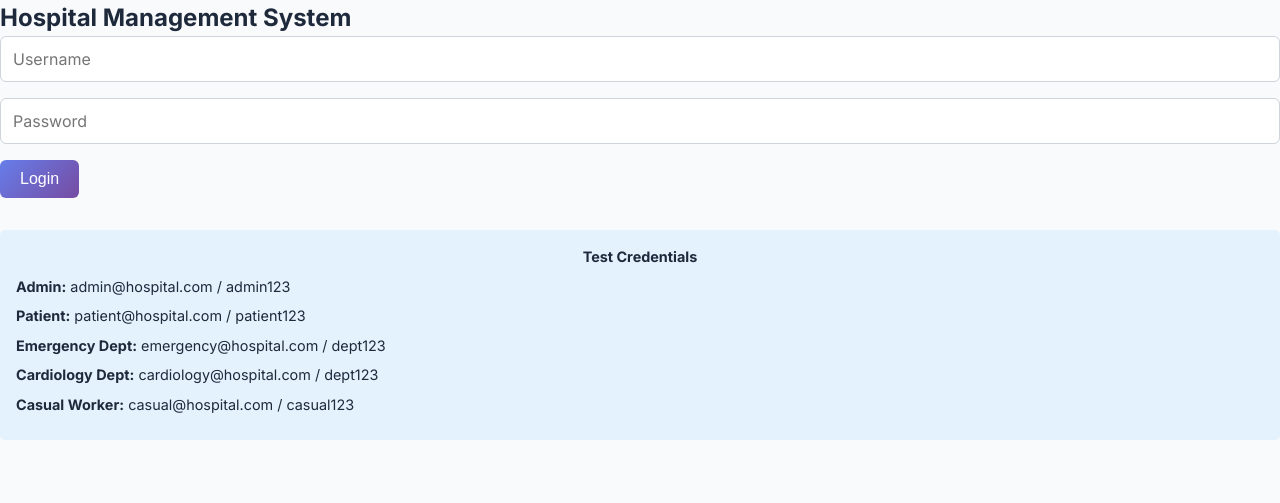
Repository: Ndegwa2/Kenyatta
Page: / (app in hospital-system/frontend/)
An editor plug-in stored every save of this project. The page is shown before and after the next save, followed by the edit.
The browser window is 1280 px wide. The pictures show the whole page.
The project was rebuilt for these pictures with package versions that can differ from the ones it lists, and the page was loaded fresh each time. Also part of the build but not shown: hospital-system/frontend/src/components/Navbar.jsx, hospital-system/frontend/src/components/Sidebar.jsx, hospital-system/frontend/src/services/api.js, hospital-system/frontend/src/components/PatientProfile.jsx, hospital-system/frontend/src/components/AppointmentScheduler.jsx, hospital-system/frontend/src/components/AppointmentList.jsx, hospital-system/frontend/src/pages/PatientDashboard.css, hospital-system/frontend/src/pages/PatientDashboard.jsx and 7 more.

Above is the page before, as saved 2025-10-21 20:41:20.

### hospital-system/frontend/public/index.html
<!DOCTYPE html>
<html lang="en">
<head>
    <meta charset="UTF-8">
    <meta name="viewport" content="width=device-width, initial-scale=1.0">
    <title>Hospital Management System</title>
</head>
<body>
    <div id="root"></div>
</body>
</html>

### hospital-system/frontend/src/App.jsx
import React from 'react';
import { BrowserRouter as Router, Routes, Route } from 'react-router-dom';
import './App.css';
import Login from './pages/Login';
import PatientDashboard from './pages/PatientDashboard';
import DepartmentDashboard from './pages/DepartmentDashboard';
import AdminDashboard from './pages/AdminDashboard';
import CasualDashboard from './pages/CasualDashboard';

function App() {
  return (
    <Router future={{
      v7_startTransition: true,
      v7_relativeSplatPath: true
    }}>
      <div className="App">
        <Routes>
          <Route path="/" element={<Login />} />
          <Route path="/patient" element={<PatientDashboard />} />
          <Route path="/department" element={<DepartmentDashboard />} />
          <Route path="/admin" element={<AdminDashboard />} />
          <Route path="/casual" element={<CasualDashboard />} />
          <Route path="*" element={<Login />} />
        </Routes>
      </div>
    </Router>
  );
}

export default App;

### hospital-system/frontend/src/pages/Login.jsx
import React, { useState } from 'react';
import { useNavigate } from 'react-router-dom';
import { auth } from '../services/auth';

const Login = () => {
  const [username, setUsername] = useState('');
  const [password, setPassword] = useState('');
  const [loading, setLoading] = useState(false);
  const [error, setError] = useState('');
  const navigate = useNavigate();

  const handleLogin = async (e) => {
    e.preventDefault();

    // Basic validation
    if (!username || !password) {
      setError('Please enter both username and password');
      return;
    }

    setLoading(true);
    setError('');

    try {
      const data = await auth.login(username, password);
      // Redirect based on role
      if (data.role && ['patient', 'department', 'admin', 'casual'].includes(data.role)) {
        navigate(`/${data.role}`);
      } else {
        // Default to admin dashboard if role is not recognized
        navigate('/admin');
      }
    } catch (error) {
      setError(error.message || 'Login failed. Please check your credentials.');
    } finally {
      setLoading(false);
    }
  };

  // Sample credentials for testing
  const sampleCredentials = [
    { role: 'Admin', username: 'admin@hospital.com', password: 'admin123' },
    { role: 'Patient', username: 'patient@hospital.com', password: 'patient123' },
    { role: 'Emergency Dept', username: 'emergency@hospital.com', password: 'dept123' },
    { role: 'Cardiology Dept', username: 'cardiology@hospital.com', password: 'dept123' },
    { role: 'Casual Worker', username: 'casual@hospital.com', password: 'casual123' }
  ];

  return (
    <div className="login">
      <h2>Hospital Management System</h2>
      <form onSubmit={handleLogin}>
        <div className="form-group">
          <input
            type="text"
            placeholder="Username"
            value={username}
            onChange={(e) => setUsername(e.target.value)}
            className="form-control"
            disabled={loading}
          />
        </div>
        <div className="form-group">
          <input
            type="password"
            placeholder="Password"
            value={password}
            onChange={(e) => setPassword(e.target.value)}
            className="form-control"
            disabled={loading}
          />
        </div>
        {error && (
          <div style={{ color: '#e74c3c', marginBottom: '1rem', textAlign: 'center' }}>
            {error}
          </div>
        )}
        <button type="submit" className="btn btn-primary" disabled={loading}>
          {loading ? 'Logging in...' : 'Login'}
        </button>
      </form>

      {/* Sample credentials for testing */}
      <div style={{
        marginTop: '2rem',
        padding: '1rem',
        backgroundColor: '#e3f2fd',
        borderRadius: '5px',
        fontSize: '0.9rem'
      }}>
        <h4 style={{ textAlign: 'center', marginBottom: '0.5rem' }}>Test Credentials</h4>
        {sampleCredentials.map((cred, index) => (
          <div key={index} style={{ marginBottom: '0.5rem' }}>
            <strong>{cred.role}:</strong> {cred.username} / {cred.password}
          </div>
        ))}
      </div>
    </div>
  );
};

export default Login;

### hospital-system/frontend/src/components/PatientProfile.css
/* Patient Profile Styles */
.patient-profile {
  max-width: 1200px;
  margin: 0 auto;
  padding: 20px;
}

.profile-header {
  display: flex;
  justify-content: space-between;
  align-items: center;
  margin-bottom: 30px;
  padding-bottom: 20px;
  border-bottom: 2px solid #e9ecef;
}

.profile-header h2 {
  margin: 0;
  color: #333;
  font-size: 2rem;
}

.edit-buttons {
  display: flex;
  gap: 10px;
}

/* Profile Sections */
.profile-section {
  background: white;
  padding: 25px;
  border-radius: 10px;
  box-shadow: 0 2px 8px rgba(0, 0, 0, 0.1);
  margin-bottom: 25px;
}

.profile-section h3 {
  margin-top: 0;
  margin-bottom: 20px;
  color: #495057;
  font-size: 1.3rem;
  padding-bottom: 10px;
  border-bottom: 2px solid #f0f0f0;
}

/* Form Grid */
.form-grid {
  display: grid;
  grid-template-columns: repeat(auto-fit, minmax(300px, 1fr));
  gap: 20px;
}

.form-group {
  display: flex;
  flex-direction: column;
}

.form-group.full-width {
  grid-column: 1 / -1;
}

.form-group label {
  font-weight: 600;
  margin-bottom: 8px;
  color: #495057;
  font-size: 0.95rem;
}

.form-group input,
.form-group select,
.form-group textarea {
  padding: 12px;
  border: 1px solid #ced4da;
  border-radius: 6px;
  font-size: 1rem;
  font-family: inherit;
  transition: border-color 0.2s, box-shadow 0.2s;
}

.form-group input:focus,
.form-group select:focus,
.form-group textarea:focus {
  outline: none;
  border-color: #667eea;
  box-shadow: 0 0 0 3px rgba(102, 126, 234, 0.1);
}

.form-group textarea {
  resize: vertical;
  min-height: 80px;
}

.form-value {
  padding: 12px;
  background-color: #f8f9fa;
  border-radius: 6px;
  color: #495057;
  min-height: 44px;
  display: flex;
  align-items: center;
}

.form-value.blood-type {
  font-weight: 600;
  color: #dc3545;
  background-color: #ffe6e6;
}

/* Buttons */
.btn {
  padding: 10px 20px;
  border: none;
  border-radius: 6px;
  cursor: pointer;
  font-size: 1rem;
  font-weight: 500;
  transition: all 0.2s;
  display: inline-flex;
  align-items: center;
  gap: 8px;
}

.btn-primary {
  background: linear-gradient(135deg, #667eea 0%, #764ba2 100%);
  color: white;
}

.btn-primary:hover {
  transform: translateY(-2px);
  box-shadow: 0 4px 12px rgba(102, 126, 234, 0.4);
}

.btn-success {
  background-color: #28a745;
  color: white;
}

.btn-success:hover {
  background-color: #218838;
  transform: translateY(-2px);
  box-shadow: 0 4px 12px rgba(40, 167, 69, 0.4);
}

.btn-secondary {
  background-color: #6c757d;
  color: white;
}

.btn-secondary:hover {
  background-color: #5a6268;
}

/* Loading and Error States */
.loading,
.error {
  text-align: center;
  padding: 60px 20px;
  font-size: 1.2rem;
  color: #6c757d;
}

.error {
  color: #dc3545;
}

/* Responsive Design */
@media (max-width: 768px) {
  .patient-profile {
    padding: 15px;
  }

  .profile-header {
    flex-direction: column;
    align-items: flex-start;
    gap: 15px;
  }

  .profile-header h2 {
    font-size: 1.5rem;
  }

  .edit-buttons {
    width: 100%;
  }

  .edit-buttons button {
    flex: 1;
  }

  .form-grid {
    grid-template-columns: 1fr;
  }

  .profile-section {
    padding: 20px;
  }

  .profile-section h3 {
    font-size: 1.1rem;
  }
}

/* Print Styles */
@media print {
  .profile-header button,
  .edit-buttons {
    display: none;
  }

  .profile-section {
    box-shadow: none;
    border: 1px solid #dee2e6;
    page-break-inside: avoid;
  }
}

### hospital-system/frontend/src/components/AppointmentScheduler.css
/* Appointment Scheduler Styles */
.appointment-scheduler {
  background: white;
  padding: 25px;
  border-radius: 10px;
  box-shadow: 0 2px 8px rgba(0, 0, 0, 0.1);
  margin-bottom: 20px;
}

.appointment-scheduler h3 {
  margin-top: 0;
  margin-bottom: 20px;
  color: #333;
  font-size: 1.4rem;
  padding-bottom: 10px;
  border-bottom: 2px solid #f0f0f0;
}

.appointment-form {
  display: flex;
  flex-direction: column;
  gap: 20px;
}

.form-row {
  display: grid;
  grid-template-columns: repeat(auto-fit, minmax(250px, 1fr));
  gap: 20px;
}

.form-group {
  display: flex;
  flex-direction: column;
}

.form-group.full-width {
  grid-column: 1 / -1;
}

.form-group label {
  font-weight: 600;
  margin-bottom: 8px;
  color: #495057;
  font-size: 0.95rem;
}

.form-group input,
.form-group select,
.form-group textarea {
  padding: 12px;
  border: 1px solid #ced4da;
  border-radius: 6px;
  font-size: 1rem;
  font-family: inherit;
  transition: border-color 0.2s, box-shadow 0.2s;
}

.form-group input:focus,
.form-group select:focus,
.form-group textarea:focus {
  outline: none;
  border-color: #667eea;
  box-shadow: 0 0 0 3px rgba(102, 126, 234, 0.1);
}

.form-group textarea {
  resize: vertical;
  min-height: 80px;
}

.form-group input:disabled,
.form-group select:disabled {
  background-color: #f8f9fa;
  cursor: not-allowed;
  opacity: 0.6;
}

/* Messages */
.error-message,
.success-message {
  padding: 12px 16px;
  border-radius: 6px;
  margin-bottom: 20px;
  font-weight: 500;
}

.error-message {
  background-color: #f8d7da;
  color: #721c24;
  border: 1px solid #f5c6cb;
}

.success-message {
  background-color: #d4edda;
  color: #155724;
  border: 1px solid #c3e6cb;
}

/* Form Actions */
.form-actions {
  display: flex;
  justify-content: flex-end;
  padding-top: 20px;
  border-top: 1px solid #e9ecef;
}

.btn {
  padding: 12px 24px;
  border: none;
  border-radius: 6px;
  cursor: pointer;
  font-size: 1rem;
  font-weight: 500;
  transition: all 0.2s;
  display: inline-flex;
  align-items: center;
  gap: 8px;
  text-decoration: none;
}

.btn-primary {
  background: linear-gradient(135deg, #667eea 0%, #764ba2 100%);
  color: white;
}

.btn-primary:hover:not(:disabled) {
  transform: translateY(-2px);
  box-shadow: 0 4px 12px rgba(102, 126, 234, 0.4);
}

.btn-primary:disabled {
  opacity: 0.6;
  cursor: not-allowed;
  transform: none;
}

/* Responsive Design */
@media (max-width: 768px) {
  .appointment-scheduler {
    padding: 20px;
  }

  .appointment-scheduler h3 {
    font-size: 1.2rem;
  }

  .form-row {
    grid-template-columns: 1fr;
  }

  .form-actions {
    flex-direction: column;
  }

  .btn {
    width: 100%;
    justify-content: center;
  }
}

/* Loading States */
.appointment-form.submitting {
  opacity: 0.7;
  pointer-events: none;
}

.appointment-form.submitting::after {
  content: '';
  position: absolute;
  top: 0;
  left: 0;
  right: 0;
  bottom: 0;
  background: rgba(255, 255, 255, 0.8);
  display: flex;
  align-items: center;
  justify-content: center;
  z-index: 10;
}

/* Time slot styling */
.form-group select option {
  padding: 8px;
}

/* Priority indicators */
.priority-low { color: #28a745; }
.priority-normal { color: #17a2b8; }
.priority-high { color: #ffc107; }
.priority-urgent { color: #dc3545; }

/* Appointment type styling */
.appointment-type-consultation { background-color: #e3f2fd; }
.appointment-type-follow-up { background-color: #f3e5f5; }
.appointment-type-procedure { background-color: #fff3e0; }
.appointment-type-therapy { background-color: #e8f5e8; }
.appointment-type-check-up { background-color: #fce4ec; }
.appointment-type-emergency { background-color: #ffebee; }
.appointment-type-other { background-color: #fafafa; }

### hospital-system/frontend/src/components/AppointmentList.css
/* Appointment List Styles */
.appointment-list {
  background: white;
  padding: 25px;
  border-radius: 10px;
  box-shadow: 0 2px 8px rgba(0, 0, 0, 0.1);
}

.list-header {
  display: flex;
  justify-content: space-between;
  align-items: center;
  margin-bottom: 25px;
  padding-bottom: 15px;
  border-bottom: 2px solid #e9ecef;
}

.list-header h3 {
  margin: 0;
  color: #333;
  font-size: 1.4rem;
}

.filters {
  display: flex;
  gap: 10px;
  align-items: center;
}

.filters select,
.filters input {
  padding: 8px 12px;
  border: 1px solid #ced4da;
  border-radius: 6px;
  font-size: 0.9rem;
}

/* Appointments Grid */
.appointments-grid {
  display: grid;
  grid-template-columns: repeat(auto-fill, minmax(400px, 1fr));
  gap: 20px;
}

.appointment-card {
  border: 1px solid #e9ecef;
  border-radius: 8px;
  padding: 20px;
  background: #fff;
  transition: box-shadow 0.2s, transform 0.2s;
}

.appointment-card:hover {
  box-shadow: 0 4px 12px rgba(0, 0, 0, 0.1);
  transform: translateY(-2px);
}

/* Appointment Header */
.appointment-header {
  display: flex;
  justify-content: space-between;
  align-items: center;
  margin-bottom: 15px;
}

.type-badge {
  padding: 4px 12px;
  border-radius: 20px;
  font-size: 0.8rem;
  font-weight: 600;
  text-transform: uppercase;
  letter-spacing: 0.5px;
}

.status-badge {
  padding: 4px 12px;
  border-radius: 20px;
  color: white;
  font-size: 0.8rem;
  font-weight: 600;
  text-transform: uppercase;
  letter-spacing: 0.5px;
}

/* Type badge colors */
.type-consultation { background-color: #e3f2fd; color: #1976d2; }
.type-follow-up { background-color: #f3e5f5; color: #7b1fa2; }
.type-procedure { background-color: #fff3e0; color: #f57c00; }
.type-therapy { background-color: #e8f5e8; color: #388e3c; }
.type-check-up { background-color: #fce4ec; color: #c2185b; }
.type-emergency { background-color: #ffebee; color: #d32f2f; }
.type-other { background-color: #f5f5f5; color: #616161; }

/* Appointment Details */
.appointment-details {
  margin-bottom: 15px;
}

.detail-row {
  margin-bottom: 8px;
  font-size: 0.95rem;
  line-height: 1.4;
}

.detail-row strong {
  color: #495057;
  margin-right: 8px;
  min-width: 100px;
  display: inline-block;
}

/* Appointment Actions */
.appointment-actions {
  display: flex;
  flex-wrap: wrap;
  gap: 8px;
  padding-top: 15px;
  border-top: 1px solid #e9ecef;
}

.btn {
  padding: 6px 12px;
  border: none;
  border-radius: 4px;
  cursor: pointer;
  font-size: 0.85rem;
  font-weight: 500;
  transition: all 0.2s;
  text-decoration: none;
  display: inline-flex;
  align-items: center;
  gap: 4px;
}

.btn-sm {
  padding: 4px 8px;
  font-size: 0.8rem;
}

.btn-success {
  background-color: #28a745;
  color: white;
}

.btn-success:hover {
  background-color: #218838;
  transform: translateY(-1px);
}

.btn-warning {
  background-color: #ffc107;
  color: #212529;
}

.btn-warning:hover {
  background-color: #e0a800;
  transform: translateY(-1px);
}

.btn-danger {
  background-color: #dc3545;
  color: white;
}

.btn-danger:hover {
  background-color: #c82333;
  transform: translateY(-1px);
}

.btn-secondary {
  background-color: #6c757d;
  color: white;
}

.btn-secondary:hover {
  background-color: #5a6268;
  transform: translateY(-1px);
}

/* Loading and Error States */
.loading,
.error-message,
.no-appointments {
  text-align: center;
  padding: 40px 20px;
  font-size: 1.1rem;
  color: #6c757d;
}

.error-message {
  color: #dc3545;
  background-color: #f8d7da;
  border: 1px solid #f5c6cb;
  border-radius: 6px;
}

.no-appointments p {
  margin: 0;
  font-style: italic;
}

/* Responsive Design */
@media (max-width: 768px) {
  .appointment-list {
    padding: 20px;
  }

  .list-header {
    flex-direction: column;
    align-items: flex-start;
    gap: 15px;
  }

  .filters {
    width: 100%;
    justify-content: space-between;
  }

  .appointments-grid {
    grid-template-columns: 1fr;
  }

  .appointment-card {
    padding: 15px;
  }

  .appointment-header {
    flex-direction: column;
    align-items: flex-start;
    gap: 10px;
  }

  .appointment-actions {
    justify-content: center;
  }

  .btn {
    flex: 1;
    justify-content: center;
    min-width: 80px;
  }
}

@media (max-width: 480px) {
  .filters {
    flex-direction: column;
    align-items: stretch;
  }

  .filters select,
  .filters input {
    width: 100%;
  }

  .appointment-actions {
    flex-direction: column;
  }

  .btn {
    width: 100%;
  }
}

/* Print Styles */
@media print {
  .appointment-list {
    box-shadow: none;
    border: 1px solid #dee2e6;
  }

  .list-header {
    break-after: avoid;
  }

  .appointment-card {
    break-inside: avoid;
    border: 1px solid #dee2e6;
    margin-bottom: 15px;
  }

  .appointment-actions {
    display: none;
  }

  .filters {
    display: none;
  }
}

### hospital-system/frontend/src/components/Card.css
/* Hospital Card Component - Calming, Professional Design */
:root {
  --hospital-primary: #2563eb;
  --hospital-secondary: #10b981;
  --hospital-accent: #f59e0b;
  --hospital-success: #059669;
  --hospital-warning: #d97706;
  --hospital-error: #dc2626;
  --hospital-info: #0891b2;
  --hospital-background: #f8fafc;
  --hospital-surface: #ffffff;
  --hospital-text-primary: #1e293b;
  --hospital-text-secondary: #64748b;
  --hospital-border: #e2e8f0;
  --hospital-shadow: 0 1px 3px 0 rgb(0 0 0 / 0.1), 0 1px 2px -1px rgb(0 0 0 / 0.1);
  --hospital-shadow-hover: 0 4px 6px -1px rgb(0 0 0 / 0.1), 0 2px 4px -2px rgb(0 0 0 / 0.1);
}

/* Base Card Styles */
.card {
  background: var(--hospital-surface);
  border-radius: 12px;
  border: 1px solid var(--hospital-border);
  box-shadow: var(--hospital-shadow);
  transition: all 0.2s cubic-bezier(0.4, 0, 0.2, 1);
  overflow: hidden;
}

/* Card Variants */
.card--default {
  padding: 20px;
}

.card--compact {
  padding: 16px;
}

.card--elevated {
  box-shadow: var(--hospital-shadow-hover);
}

.card--bordered {
  border: 2px solid var(--hospital-border);
}

.card--success {
  border-left: 4px solid var(--hospital-success);
  background: linear-gradient(135deg, #f0fdf4 0%, #ffffff 100%);
}

.card--warning {
  border-left: 4px solid var(--hospital-warning);
  background: linear-gradient(135deg, #fffbeb 0%, #ffffff 100%);
}

.card--error {
  border-left: 4px solid var(--hospital-error);
  background: linear-gradient(135deg, #fef2f2 0%, #ffffff 100%);
}

.card--info {
  border-left: 4px solid var(--hospital-info);
  background: linear-gradient(135deg, #ecfeff 0%, #ffffff 100%);
}

/* Interactive Cards */
.card--interactive {
  cursor: pointer;
  user-select: none;
}

.card--interactive:hover {
  transform: translateY(-2px);
  box-shadow: var(--hospital-shadow-hover);
  border-color: var(--hospital-primary);
}

.card--interactive:active {
  transform: translateY(0);
  transition-duration: 0.1s;
}

/* Card Content Spacing */
.card__header {
  margin-bottom: 16px;
  padding-bottom: 12px;
  border-bottom: 1px solid var(--hospital-border);
}

.card__title {
  font-size: 18px;
  font-weight: 600;
  color: var(--hospital-text-primary);
  margin: 0 0 4px 0;
}

.card__subtitle {
  font-size: 14px;
  color: var(--hospital-text-secondary);
  margin: 0;
}

.card__content {
  margin-bottom: 16px;
}

.card__footer {
  margin-top: 16px;
  padding-top: 12px;
  border-top: 1px solid var(--hospital-border);
  display: flex;
  justify-content: space-between;
  align-items: center;
}

/* Responsive Design */
@media (max-width: 768px) {
  .card {
    margin-bottom: 12px;
  }

  .card--default {
    padding: 16px;
  }

  .card--compact {
    padding: 12px;
  }

  .card__footer {
    flex-direction: column;
    align-items: flex-start;
    gap: 8px;
  }
}

/* Animation Classes */
.card--fade-in {
  animation: cardFadeIn 0.3s ease-out;
}

@keyframes cardFadeIn {
  from {
    opacity: 0;
    transform: translateY(10px);
  }
  to {
    opacity: 1;
    transform: translateY(0);
  }
}

.card--slide-in {
  animation: cardSlideIn 0.4s ease-out;
}

@keyframes cardSlideIn {
  from {
    opacity: 0;
    transform: translateX(-20px);
  }
  to {
    opacity: 1;
    transform: translateX(0);
  }
}

Loaded but not shown: hospital-system/frontend/src/index.js (common file); hospital-system/frontend/src/services/auth.js (57 lines, source omitted); hospital-system/frontend/src/App.css (370 lines, source omitted); hospital-system/frontend/src/components/TicketDetails.css (430 lines, source omitted)

After the next save:
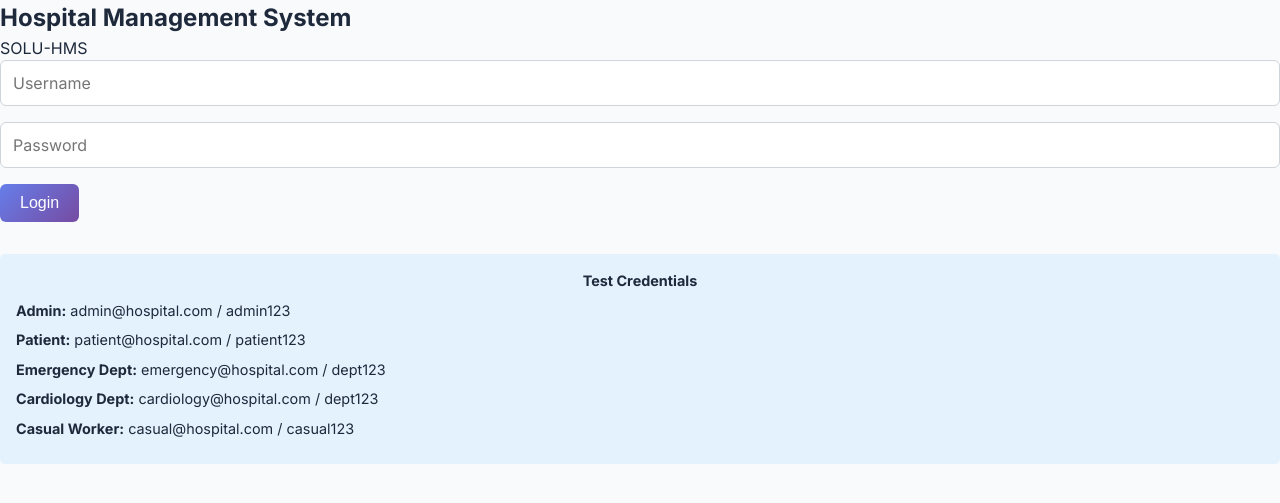
Saved 12 s later.
--- a/hospital-system/frontend/src/pages/Login.jsx
+++ b/hospital-system/frontend/src/pages/Login.jsx
@@ -48,8 +48,11 @@ const Login = () => {
 
   return (
     <div className="login">
-      <h2>Hospital Management System</h2>
-      <form onSubmit={handleLogin}>
+      <div className="login-header">
+        <h2>Hospital Management System</h2>
+        <p className="login-subtitle">SOLU-HMS</p>
+      </div>
+      <form onSubmit={handleLogin} className="login-form">
         <div className="form-group">
           <input
             type="text"
@@ -71,7 +74,7 @@ const Login = () => {
           />
         </div>
         {error && (
-          <div style={{ color: '#e74c3c', marginBottom: '1rem', textAlign: 'center' }}>
+          <div className="error-message">
             {error}
           </div>
         )}
